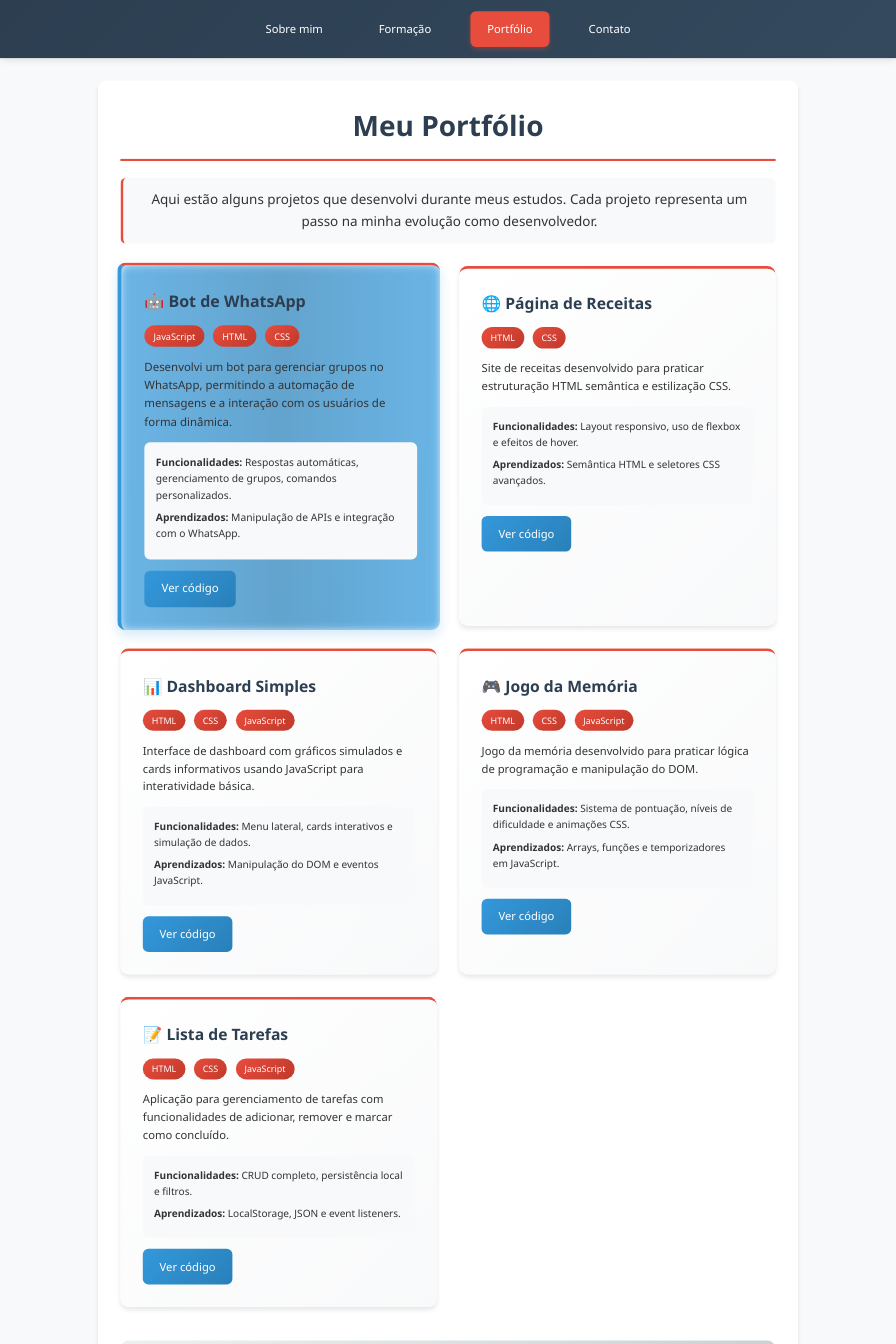
Repository: AnderHonorato/meu-portfolio
Page: portfolio.html
The author's editor kept a copy of each file at every save. The page is drawn from the files as they stood at one save, then again after the next save.
The browser window is 1280 px wide. The pictures show the part of the page from y = 0 to 1920 px (the page is 2792 px tall), at 70% of full size.

Above is the page before, as saved 2025-08-26 20:32:04.

After the next save:
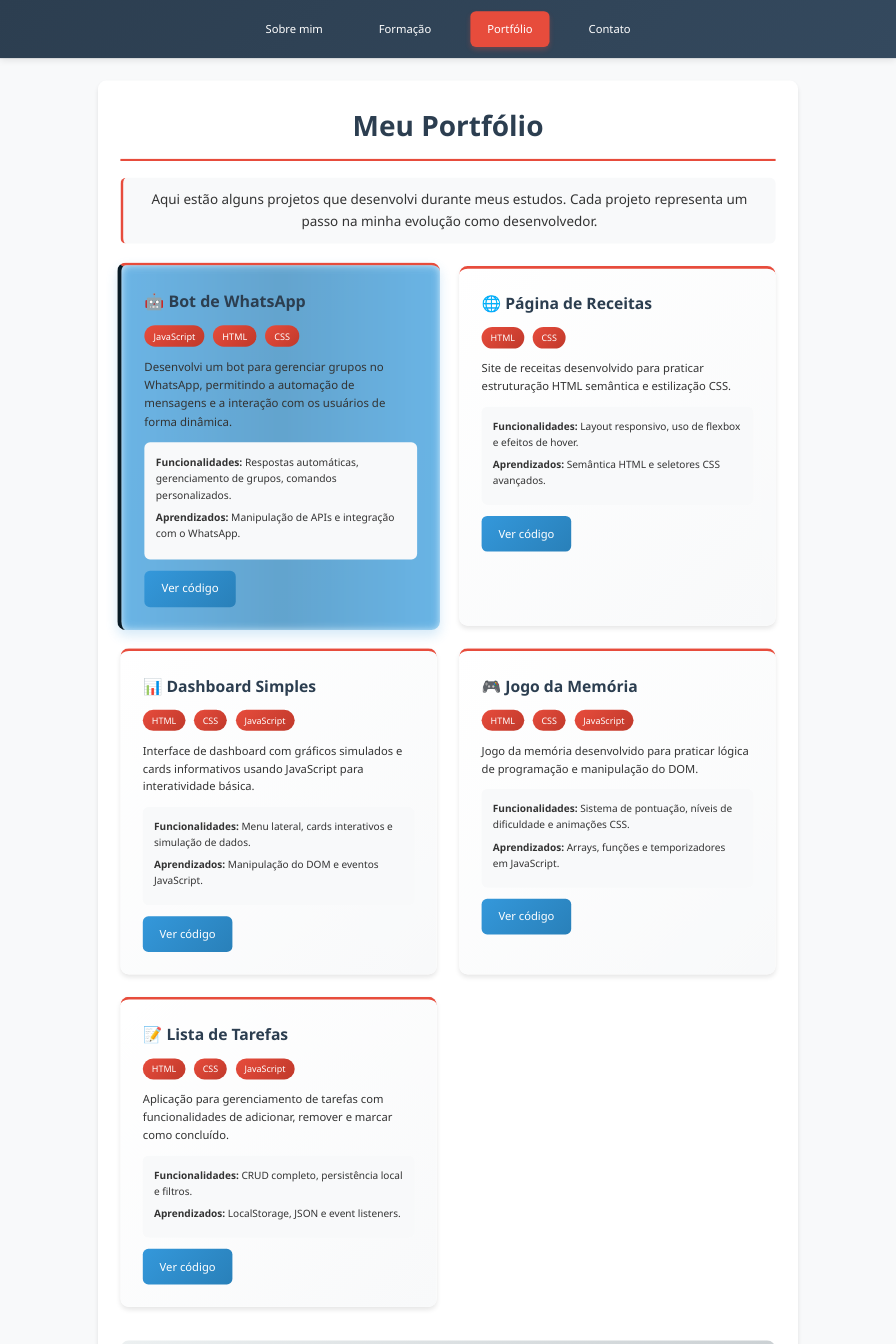
Saved 15 s later.
--- a/css/style.css
+++ b/css/style.css
@@ -691,7 +691,7 @@
 /* desataque bot */
 .projeto-item.destaque {
     background: linear-gradient(135deg, #f0f9ff, #e6f7ff);
-    border-left: 6px solid #3498db;
+    border-left: 6px solid #081a25;
     box-shadow: 0 8px 16px rgba(52, 152, 219, 0.2);
     transform: scale(1.02);
     transition: all 0.4s ease;

After the save that followed:
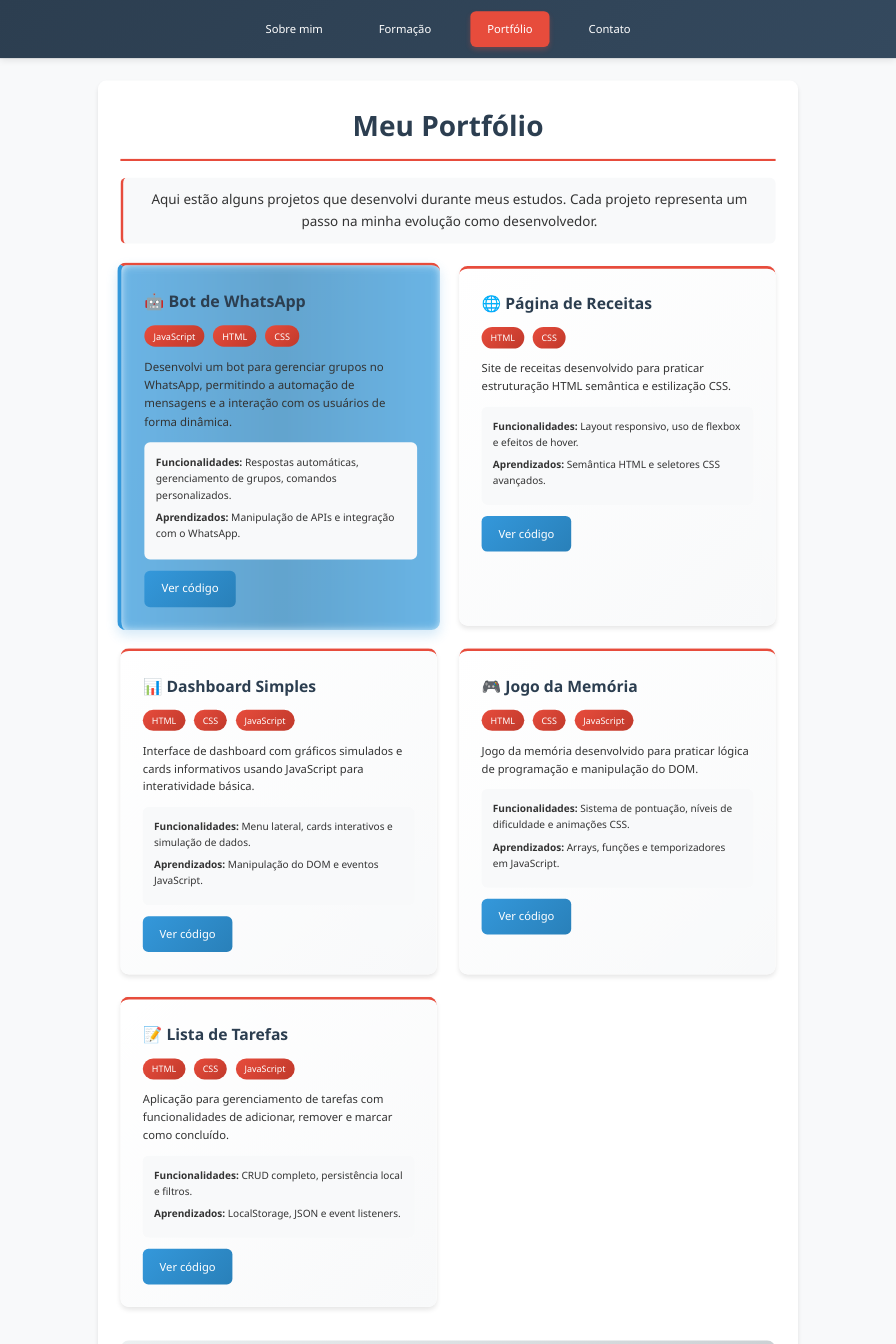
Saved 4 s later.
--- a/css/style.css
+++ b/css/style.css
@@ -691,7 +691,7 @@
 /* desataque bot */
 .projeto-item.destaque {
     background: linear-gradient(135deg, #f0f9ff, #e6f7ff);
-    border-left: 6px solid #081a25;
+    border-left: 6px solid #3498db;
     box-shadow: 0 8px 16px rgba(52, 152, 219, 0.2);
     transform: scale(1.02);
     transition: all 0.4s ease;
